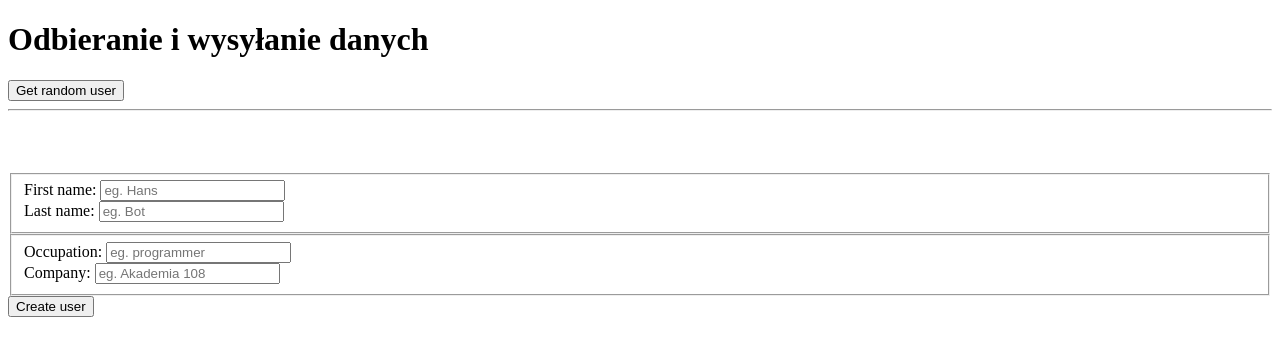
Repository: magdaf41/AJAX
Page: zadanie 3/index.html
An editor plug-in stored every save of this project. The page is shown before and after the next save, followed by the edit.
The browser window is 1280 px wide. The pictures show the whole page.
The page's requests for data from a server got no answer. Some web libraries are served in a nearby version.

Above is the page before, as saved 2020-09-13 21:08:48.

After the next save:
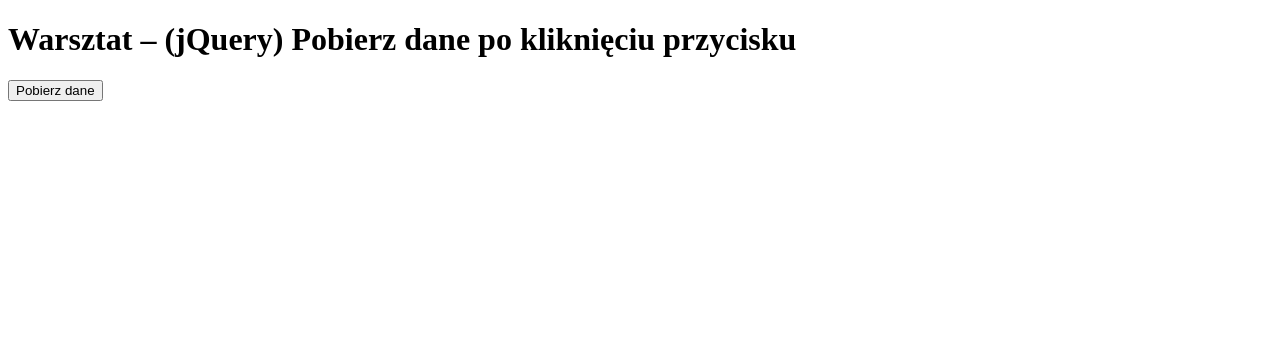
Saved 8 s later.
--- a/zadanie 3/index.html
+++ b/zadanie 3/index.html
@@ -1,49 +1,16 @@
 <!DOCTYPE html>
-<html>
+<html lang="en">
+<head>
+    <meta charset="UTF-8">
+    <meta name="viewport" content="width=device-width, initial-scale=1.0">
+    <title>Warsztat AJAX – (jQuery) Pobierz dane po kliknięciu przycisku</title>
+</head>
+<body>
 
-<head>
-    <meta charset="utf-8">
-    <meta pracownik="viewport" content="width=device-width">
-    <title>Fetch API</title>
-    <link href="css/style.css" rel="stylesheet" type="text/css" />
-</head>
+    <h1>Warsztat – (jQuery) Pobierz dane po kliknięciu przycisku</h1>
 
-<body>
-    <h1>Odbieranie i wysyłanie danych</h1>
+    <button id="get-user">Pobierz dane</button>
 
-    <button id="get-random-user">Get random user</button>
-
-    <hr />
-    <br />
-    <br />
-    <br />
-
-    <form action="#" id="create-user">
-        <fieldset>
-            <label for="first-name">First name: </label>
-            <input type="text" id="first-name" placeholder="eg. Hans">
-            <br />
-            <label for="last-name">Last name: </label>
-            <input type="text" id="last-name" placeholder="eg. Bot">
-        </fieldset>
-        <fieldset>
-            <label for="occupation">Occupation: </label>
-            <input type="text" id="occupation" placeholder="eg. programmer">
-            <br />
-            <label for="company">Company: </label>
-            <input type="text" id="company" placeholder="eg. Akademia 108">
-        </fieldset>
-
-        <button type="submit">Create user</button>
-    </form>
-
-    <ul id="errors"></ul>
-    <p id="msg"></p>
-
-
-    <script src="http://ajax.googleapis.com/ajax/libs/jquery/1.11.1/jquery.min.js"></script>
-    <script src="js/main.js"></script>
-
+    <script src="js/script.js"></script>
 </body>
-
 </html>
